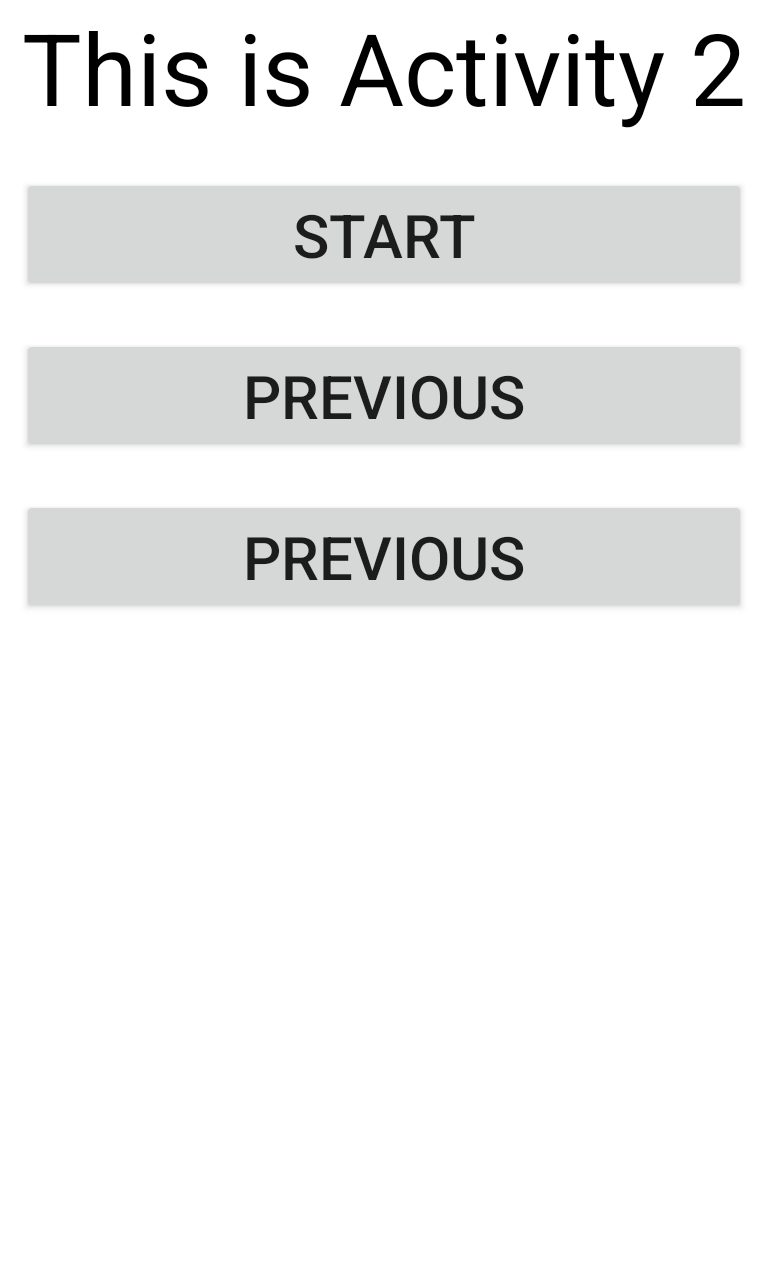
Repository: Stamenov96/NeuralNetowork
Layout: DigitRecognition/res/layout/about.xml
These files come from the project's save history. The layout is drawn as it stood at one moment and after the next save; the edit follows.
It is drawn on a 768 x 1280 px phone screen (xhdpi) without system bars, with theme AppTheme; the app's code is not run.

Above is the layout before, as saved 2015-02-13 15:31:20.

After the next save:
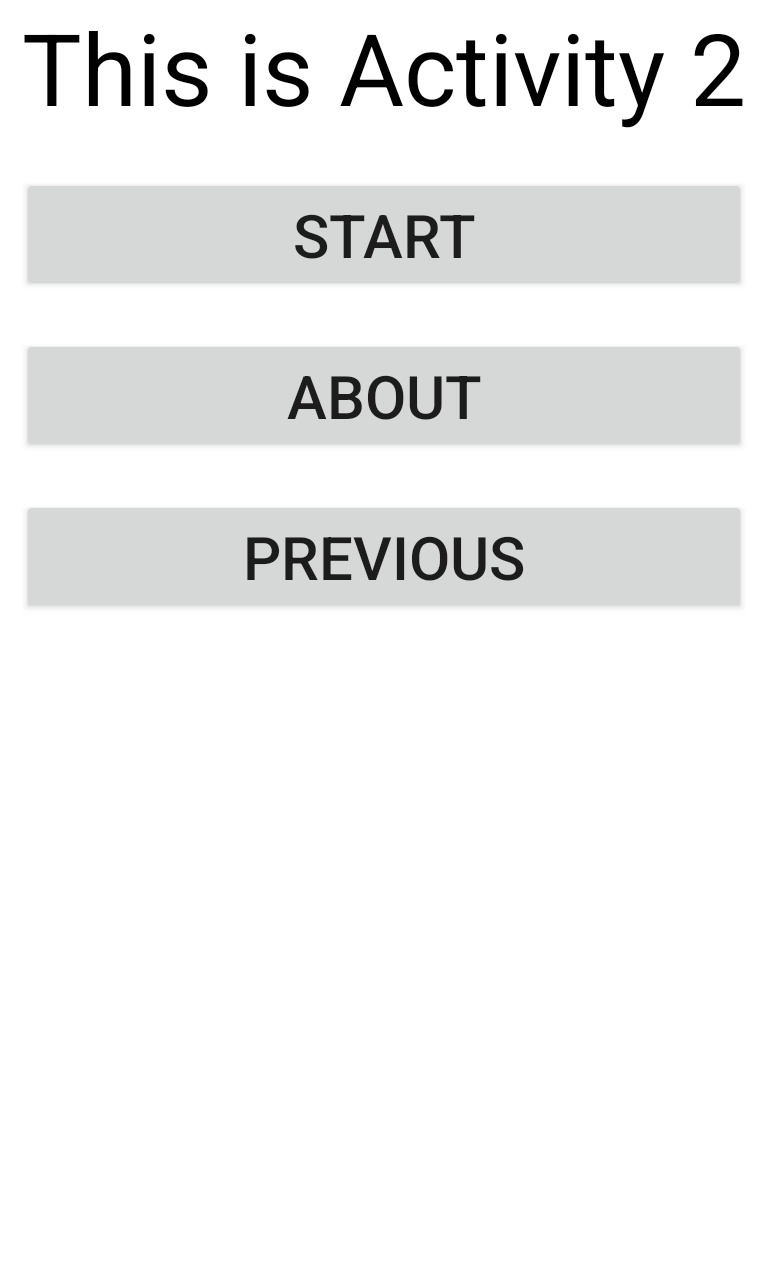
Saved 5 s later.
--- a/DigitRecognition/res/layout/about.xml
+++ b/DigitRecognition/res/layout/about.xml
@@ -31,7 +31,7 @@
         android:layout_marginRight="10dip"
         android:layout_marginTop="20dip"
         android:gravity="center_horizontal"
-        android:text="Previous"
+        android:text="About"
         android:textSize="30dp" />
         <Button
         android:id="@+id/Button02"
